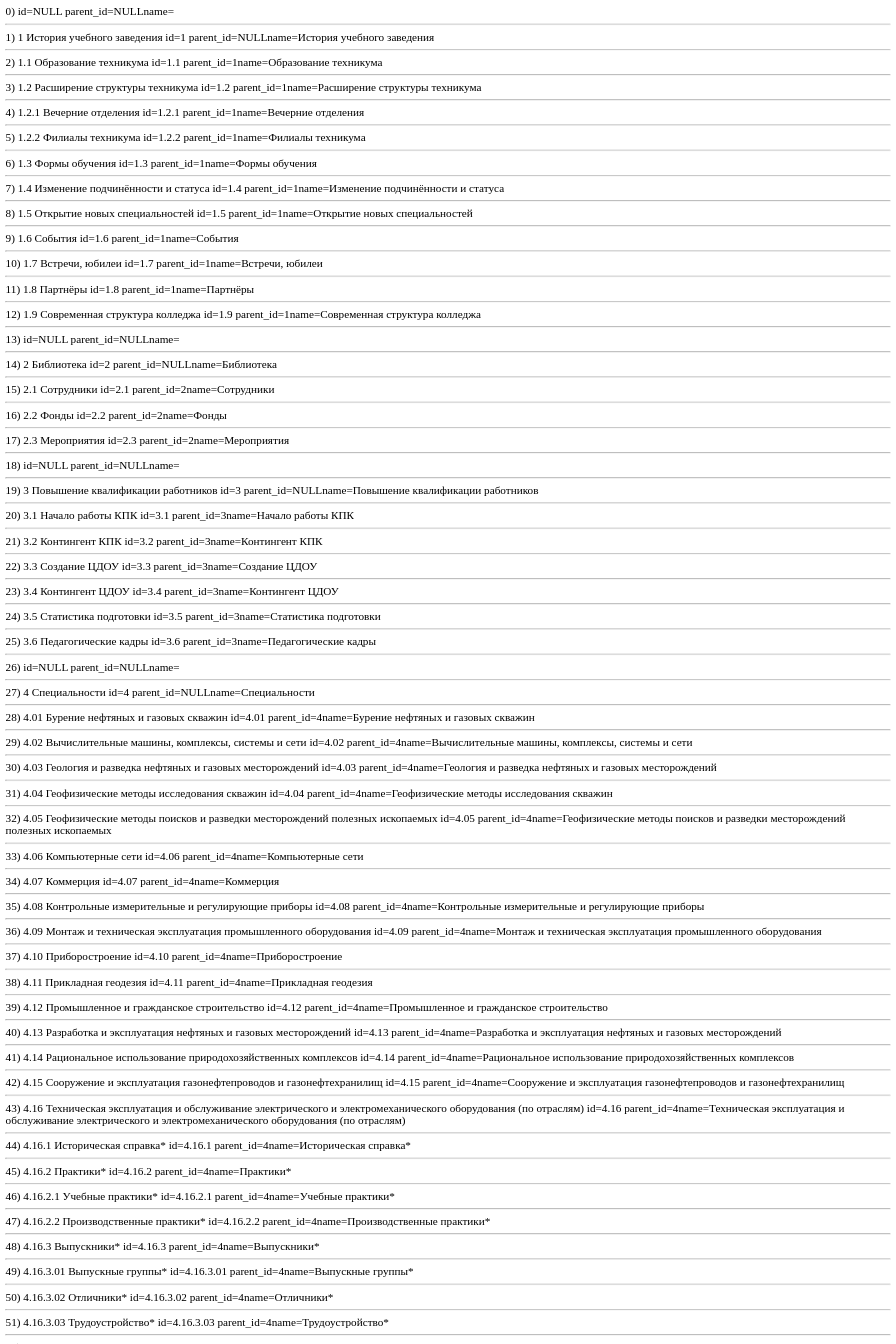
Repository: killercrush/catalog-museum
Page: http://localhost/catalog.php
The author's editor kept a record of every edit. The page is drawn from the files as they stood at one moment, then again after the next edit.
The browser window is 1280 px wide. The pictures show the part of the page from y = 0 to 1920 px (the page is 11438 px tall), at 70% of full size.
The page is run by PHP 8.4 with error messages shown; the project is at /var/www/html/.

Above is the page before.

### catalog.php
<?php



$catalog_string = "
1 История учебного заведения
1.1 Образование техникума
1.2 Расширение структуры техникума
1.2.1 Вечерние отделения
1.2.2 Филиалы техникума
1.3 Формы обучения
1.4 Изменение подчинённости и статуса
1.5 Открытие новых специальностей
1.6 События
1.7 Встречи, юбилеи
1.8 Партнёры
1.9 Современная структура колледжа

2 Библиотека
2.1 Сотрудники
2.2 Фонды
2.3 Мероприятия

3 Повышение квалификации работников
3.1 Начало работы КПК
3.2 Контингент КПК
3.3 Создание ЦДОУ
3.4 Контингент ЦДОУ
3.5 Статистика подготовки
3.6 Педагогические кадры

4 Специальности
4.01 Бурение нефтяных и газовых скважин
4.02 Вычислительные машины, комплексы, системы и сети
4.03 Геология и разведка нефтяных и газовых месторождений
4.04 Геофизические методы исследования скважин
4.05 Геофизические методы поисков и разведки месторождений полезных ископаемых
4.06 Компьютерные сети
4.07 Коммерция
4.08 Контрольные измерительные и регулирующие приборы
4.09 Монтаж и техническая эксплуатация промышленного оборудования
4.10 Приборостроение
4.11 Прикладная геодезия
4.12 Промышленное и гражданское строительство
4.13 Разработка и эксплуатация нефтяных и газовых месторождений
4.14 Рациональное использование природохозяйственных комплексов
4.15 Сооружение и эксплуатация газонефтепроводов и газонефтехранилищ
4.16 Техническая эксплуатация и обслуживание электрического и электромеханического оборудования (по отраслям)
4.16.1 Историческая справка*
4.16.2 Практики*
4.16.2.1 Учебные практики*
4.16.2.2 Производственные практики*
4.16.3 Выпускники*
4.16.3.01 Выпускные группы*
4.16.3.02 Отличники*
4.16.3.03 Трудоустройство*
4.16.3.03.1 Период до 1990 года*
4.16.3.03.2 Период с 1991 года*
4.16.3.03.3 Логотипы организаций*
4.16.3.04 Участники Великой Отечественной войны**
4.16.3.05 Династии*
4.16.3.06 Воины-интернационалисты**
4.16.3.07 Успешные выпускники*
4.16.3.08 Публикации о выпускниках*
4.16.3.09 Печатные издания выпускников**
4.16.3.10 Встречи с выпускниками*

5 Коллектив
5.1 Заместители директора
5.1.1 По учебной работе
5.1.2 По воспитательной работе
5.1.3 По УПР
5.1.4 По АХЧ
5.2 Заведующие отделениями
5.2.1 Вечернее отделение
5.2.2 Дневное отделение
5.2.3 Заочное отделение
5.3 Преподаватели
5.3.1 Штатные преподаватели
5.3.2 Заслуженные учителя
5.3.3 Имеющие Почётные звания
5.3.4 Награждённые отраслевыми грамотами
5.3.5 Награждённые грамотами Минобразования
5.3.6 Приватные преподаватели и совместители
5.3.7 Классные руководители
5.4 ПЦК, ПК
5.4.1 Действующие общей подготовки
5.4.1.1 Английского языка, общеобразовательных гуманитарных дисциплин
5.4.1.2 Математических, общих естественнонаучных дисциплин
5.4.1.3 Общегуманитарных и социально-экономических дисциплин
5.4.1.4 Общеобразовательных дисциплин ОПКРС
5.4.1.5 Общепрофессиональных дисциплин
5.4.1.6 Физической культуры
5.4.1.7 Экономических дисциплин
5.4.2 Действующие выпускающие
5.4.2.1 Геологических дисциплин
5.4.2.2 Геофизических дисциплин
5.4.2.3 Информационных дисциплин и технологий
5.4.2.4 Нефтепромысловых дисциплин
5.4.2.5 Нефтяного и машиностроительного цикла
5.4.2.6 По электротехническим профессиям и специальностям
5.4.2.7 Технического обслуживания и ремонта оборудования
5.4.2.8 Экологических дисциплин
5.4.3 Исторические
5.4.3.01 Геолого-геофизических дисциплин
5.4.3.02 Гуманитарных дисциплин
5.4.3.03 Общественно-гуманитарных дисциплин
5.4.3.04 Общетехнических дисциплин
5.4.3.05 Русского языка и литературы, истории СССР и английского языка
5.4.3.06  Русского языка и литературы, истории СССР, английского языка и военно-физической подготовки
5.4.3.07 Специальных дисциплин
5.4.3.08 Строительных дисциплин
5.4.3.09 Физики, химии, математики
5.4.3.10 Физико-математических дисциплин
5.4.3.11 Физического воспитания
5.4.3.12 Черчения
5.5 Сотрудники
5.6 Участники Великой Отечественной войны
5.7 Труженики тыла
5.8 Выпускники – работники учебного заведения
5.9 Книга почёта

6 ИВЦ
6.1 Историческая справка
6.2 Современное состояние
6.3 Кадровый состав
6.4 Технические ресурсы

7 СМК
7.1 СМК колледжа
7.2 История создания
7.3 Служба маркетинга и качества
7.4 Персонал службы маркетинга и качества
7.5 Аудиты

8 Стипендиаты
8.1 Директорская стипендия
8.2 Ленинская стипендия
8.3 Стипендия им. В.М.Казакова
8.4 Стипендия им. А.Ф.Шакирова
8.5 Стипендия Правительства РФ
8.6 Стипендия Президента РБ
8.7 Стипендия Республиканской организации «Нефтегазстройпрофсоюз»
8.8 Стипендия Федерации профсоюзов РБ

9 Студенческая жизнь при социализме
9.1 История комсомольской организации
9.1.1 Неосвобождённые секретари комитета ВЛКСМ
9.1.2 Освобождённые секретари комитета ВЛКСМ
9.1.3 Состав комитетов ВЛКСМ
9.1.4 Мероприятия с участием комсомольцев
9.2 Студенческие летние будни
9.2.1 Работа в строительных и сельхозотрядах
9.2.2 Работа в колхозах в осенний период

10 Методическая работа
10.1 Историческая справка
10.2 Методический кабинет
10.2.1 Методсовет
10.2.2 Учебно-методические материалы
10.2.3 Школа педагогического мастерства
10.2.4 Награды
10.3 Мероприятия
10.3.1 Конкурсы
10.3.2 Конференции
10.2.3 Олимпиады
10.2.4 Семинары
10.2.5 Смотры
10.4 Наставники

11 Воспитательный процесс
11.1 Спортивная жизнь
11.1.1 Виды спорта
11.1.1.01 Баскетбол
11.1.1.02 Биатлон
11.1.1.03 Борьба
11.1.1.04 Велоспорт
11.1.1.05 Волейбол
11.1.1.06 Гиревой спорт
11.1.1.07 Коньки
11.1.1.08 Кросс
11.1.1.09 Лёгкая атлетика
11.1.1.10 Лыжи
11.1.1.11 Многоборье военно-прикладное
11.1.1.12 Многоборье ГТО
11.1.1.12.1 Советский период
11.1.1.12.2 Период с 2016 года
11.1.1.13 Пауэрлифтинг
11.1.1.14 Плавание
11.1.1.15 Стрельба
11.1.1.16 Теннис настольный
11.1.1.17 Тяжёлая атлетика
11.1.1.18 Футбол
11.1.1.19 Шахматы
11.1.2 Награды
11.1.2.1 Вымпелы
11.1.2.2 Грамоты
11.1.2.3 Кубки
11.1.2.4 Другие награды
11.1.3 Рекорды
11.1.4 Спартакиады
11.1.5 Чемпионы
11.1.6 Учебно-материальная база
11.2 Воспитательная работа
11.2.1 Внеклассная работа
11.2.1.1 Художественная самодеятельность
11.2.1.2 Концерты
11.2.1.3 Конкурсы
11.2.1.4 Творчество студентов
11.2.1.5 Городские мероприятия
11.2.1.6 Республиканские мероприятия
11.2.2 Военно-патриотическое воспитание
11.2.3 Педагог-психолог
11.2.3.1 Конференции
11.2.3.2 Семинары
11.2.3.3 Тренинги
113.2.4 Социальный педагог
11.2.4.1 Студенческая служба безопасности
11.2.4.2 Мероприятия
11.2.5 Педагог организатор
11.2.5.1 Студенческий совет
11.2.5.2 Мероприятия
11.2.6 Жизнь в общежитиях
11.2.7 Студенческие издания
11.3 Музеи
12.1 Этнографический
12.2 Минералогический
12.3 Истории учебного заведения

12 Некоммерческий благотворительный фонд «Студент»
12.1 История создания
12.2 Руководители
12.3 Бухгалтер
12.4 Благотворительность
12.5 Мероприятия

13 Учебное заведение в изданиях
14.1 Газета «Октябрьский нефтяник»
13.1.1 Период с 1952 по 1963 гг.
13.1.1.01 1952 год
13.1.1.02 1953 год
13.1.1.03 1954 год
13.1.1.04 1955 год
13.1.1.05 1956 год
13.1.1.06 1957 год
13.1.1.07 1958 год
13.1.1.08 1959 год
13.1.1.09 1960 год
13.1.1.10 1961 год
13.1.1.11 1962 год
13.1.1.12 1963 год
13.1.2 период с 1964 по 1975 гг.
13.1.2.01 1964 год
13.1.2.02 1965 год
13.1.2.03 1966 год
13.1.2.04 1967 год
13.1.2.05 1968 год
13.1.2.06 1969 год
13.1.2.07 1970 год
13.1.2.08 1971 год
13.1.2.09 1972 год
13.1.2.10 1973 год
13.1.2.11 1974 год
13.1.2.12 1975 год
13.1.3 период с 1976 по 1987 гг.
13.1.3.01 1976 год
13.1.3.02 1977 год
13.1.3.03 1978 год
13.1.3.04 1979 год
13.1.3.05 1980 год
13.1.3.06 1981 год
13.1.3.07 1982 год
13.1.3.08 1983 год
13.1.3.09 1984 год
13.1.3.10 1985 год
13.1.3.11 1986 год
13.1.3.12 1987 год
13.1.4 Период с 1988 по 1999 гг.
13.1.4.01 1988 год
13.1.4.02 1989 год
13.1.4.03 1990 год
13.1.4.04 1991 год
13.1.4.05 1992 год
13.1.4.06 1993 год
13.1.4.07 1994 год
13.1.4.08 1995 год
13.1.4.09 1996 год
13.1.4.10 1997 год
13.1.4.11 1998 год
13.1.4.12 1999 год
13.1.5 Период с 2000 по 2011 гг.
13.1.5.01 2000 год
13.1.5.02 2001 год
13.1.5.03 2002 год
13.1.5.04 2003 год
13.1.5.05 2004 год
13.1.5.06 2005 год
13.1.5.07 2006 год
13.1.5.08 2007 год
13.1.5.09 2008 год
13.1.5.10 2009 год
13.1.5.11 2010 год
13.1.5.12 2011 год
13.1.6 период с 2012 по 2022 гг.
13.1.6.01 2012 год
13.1.6.02 2013 год
13.1.6.03 2014 год
13.1.6.04 2015 год
13.1.6.05 2016 год
13.1.6.06 2017 год
13.1.6.07 2018 год
13.1.6.08 2019 год
13.1.6.09 2020 год
13.1.6.10 2021 год
13.1.6.11 2022 год
13.2 Газета «Деловой мир»
13.3 Газета «Республика Башкортостан»
13.4 Газета «Геофизик Татарии»
13.5 Журналы
";
$elements = explode("\n", $catalog_string);
//var_dump($elements);
$page = '<html><head></head><body>';

try {
	$connection = new PDO('mysql:host=127.0.0.1;port=3306;dbname=c9;charset=UTF8', 'killercrush', '');
	$connection->setAttribute(PDO::ATTR_DEFAULT_FETCH_MODE, PDO::FETCH_ASSOC);
	$connection->setAttribute(PDO::ATTR_ERRMODE, PDO::ERRMODE_EXCEPTION);

} catch (PDOException $e) {
	print "Error!: " . $e->getMessage() . "<br/>";
	die();
}



//$query = $connection->prepare('INSERT INTO `categories`(id, parent_id, name) VALUES (:id, :parent_id, :name)');
foreach($elements as $key => $value) {

    $id = array();
    preg_match('/\.[0-9]+ |^[0-9]+ /', $value, $id);
    if (!isset($id[0])) {
        $id = 'NULL';
        $parent_id = 'NULL';
    } else if(strpos($id[0], '.') !== false) {
        //$id = substr($id[0], 1);
        $id = substr($value, 0, strpos($value, $id[0]) + strlen($id[0]));
        $parent_id = substr($value, 0, strpos($value, $id[0]) + strlen($id[0]));
    } else {
        $id = $id[0];
        $parent_id = 'NULL';
    }

//     $parent_id = array();
//     preg_match_all('/[0-9]+\./', $value, $parent_id, PREG_SET_ORDER);
// 	if(!isset($parent_id[0])) {
// 	    $parent_id = 'NULL';
// 	} else {
// 	    $parent_id = end($parent_id)[0];
// 	}
    $name = substr($value, strpos($value, $id) + strlen($id));

//  	$query->bindValue(':id', $id);
//  	$query->bindValue(':parent_id', $parent_id);
// 	$query->bindValue(':name', $name);

// 	if ($query->execute()) {

	    $page .= $key . ') ' . $value . ' id=' . $id
	        . ' parent_id=' . $parent_id . 'name='. $name . '<hr>';
// 	}
}
$page .= '</body>';
echo $page;
?>

After the next edit:
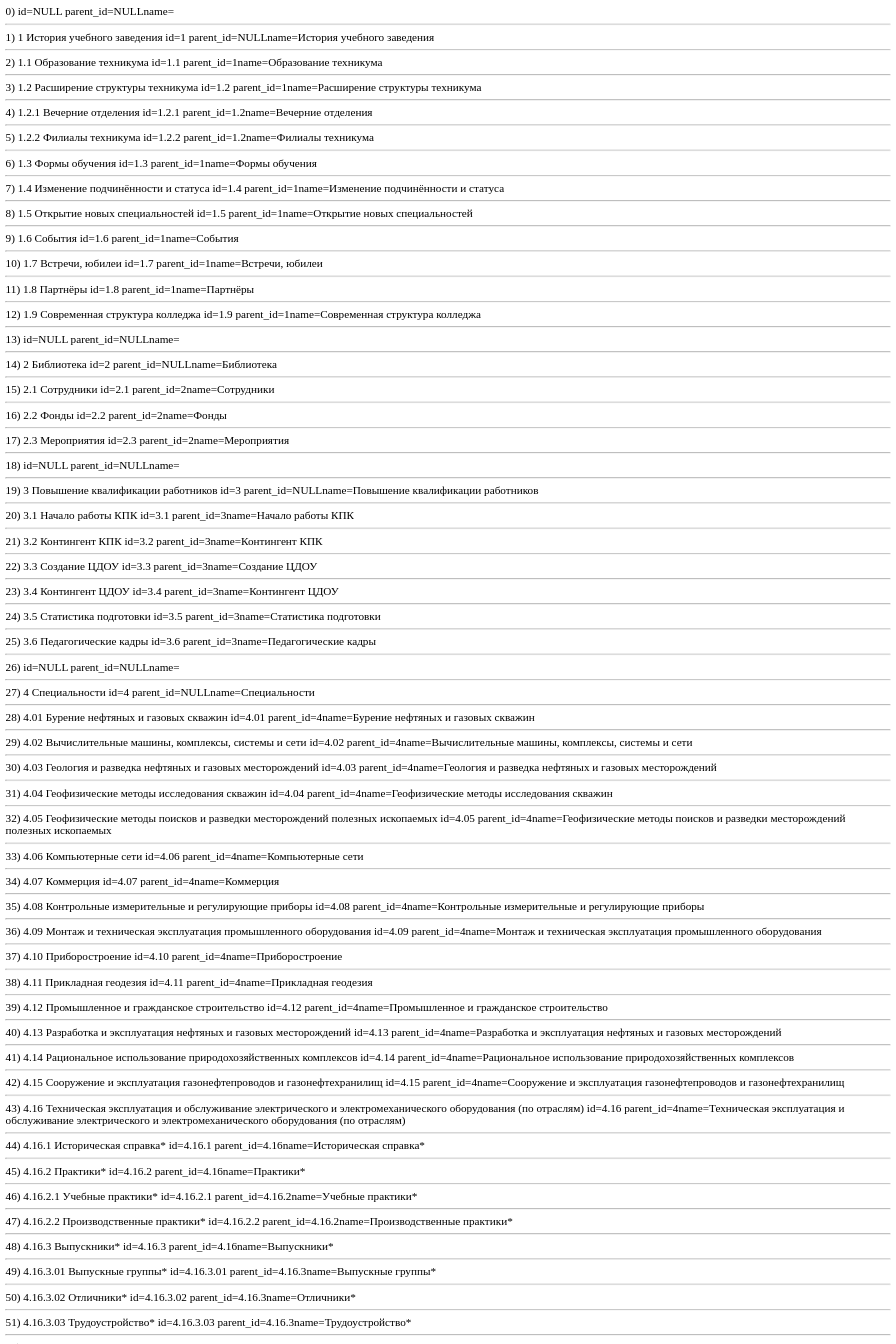
The edit:
--- a/catalog.php
+++ b/catalog.php
@@ -344,8 +344,9 @@
         $parent_id = 'NULL';
     } else if(strpos($id[0], '.') !== false) {
         //$id = substr($id[0], 1);
+        $parent_id = substr($value, 0, strpos($value, $id[0]));
         $id = substr($value, 0, strpos($value, $id[0]) + strlen($id[0]));
-        $parent_id = substr($value, 0, strpos($value, $id[0]) + strlen($id[0]));
+
     } else {
         $id = $id[0];
         $parent_id = 'NULL';
